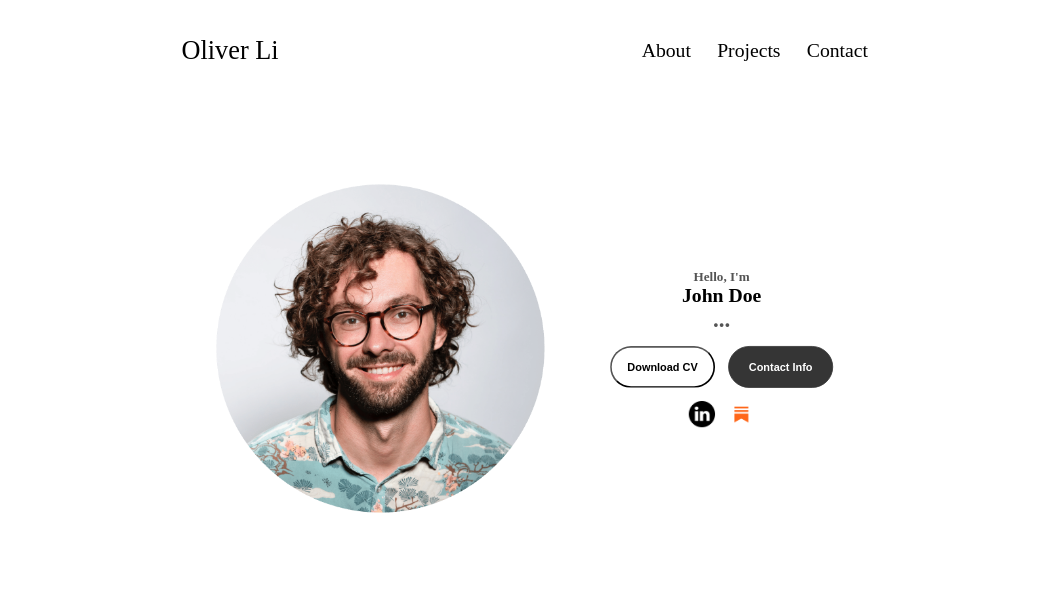
Repository: oliverli1728/portfolio
Page: index.html
These files come from the project's save history. The page is drawn as it stood at one moment and after the next save; the edit follows.
The browser window is 1280 px wide. The pictures show the whole page, at 82% of full size.
Some web fonts or font styles are not loaded; a fallback is used.

Above is the page before, as saved 2025-09-25 21:18:02.

After the next save:
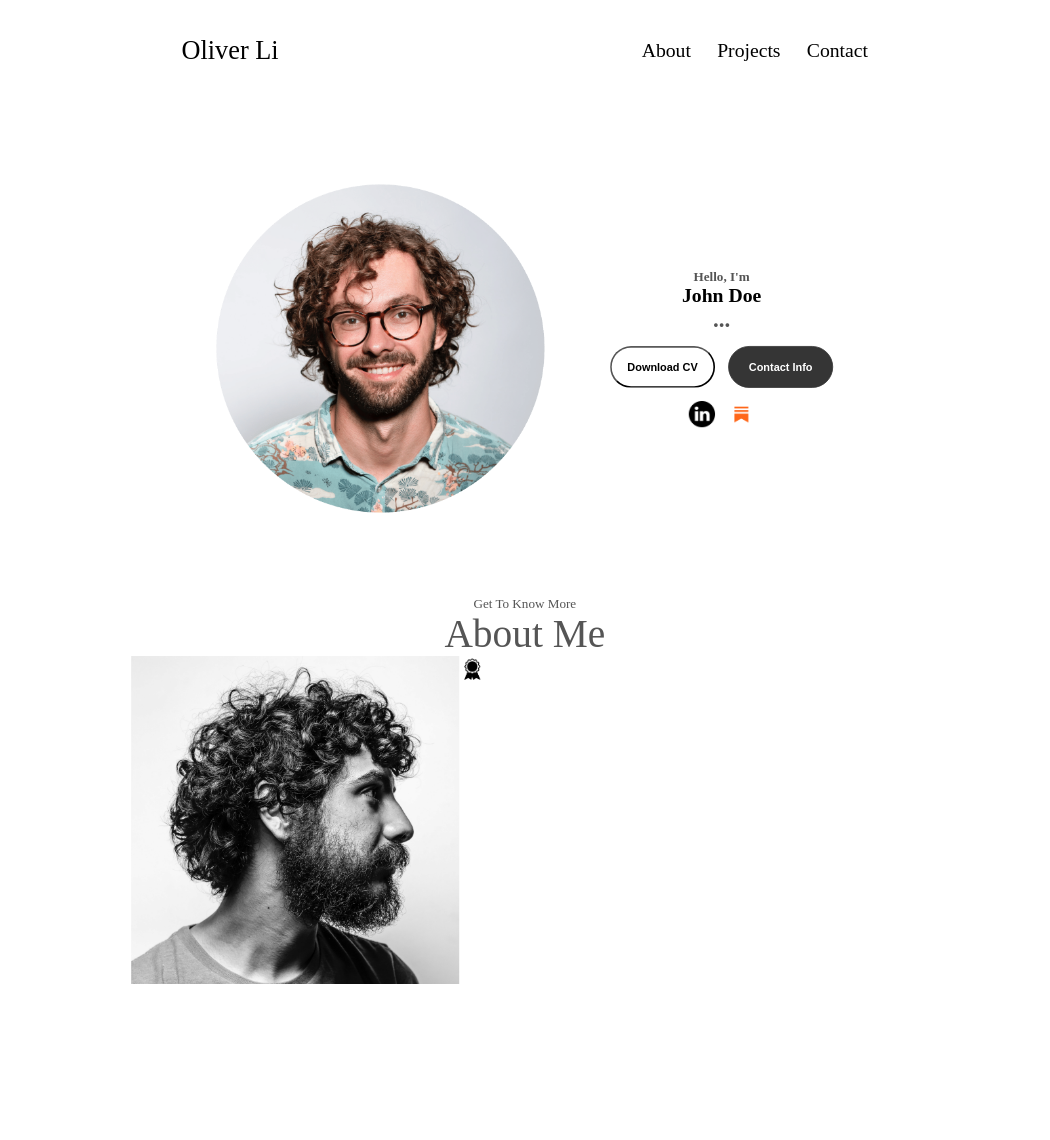
Saved 12 min 58 s later.
--- a/index.html
+++ b/index.html
@@ -59,6 +59,25 @@
             </div>
         </div>
         </section>
+
+        <section id="about">
+            <p class="section__text__p1"> Get To Know More </p>
+            <p class="title"> About Me </p>
+            <div class="section-container">
+                <div class="section__pic-container">
+                    <img src="./assets/about-pic.png" alt="about"
+                    class="about-pic">
+                </div>
+                <div class="about-details-container">
+                    <div class="about-containers">
+                        <div class="details-container">
+                            <img src="./assets/experience.png" alt="experience"
+                            class="icon">
+                        </div>
+                    </div>
+                </div>
+            </div>
+        </section>
         <script src="script.js"></script>
     </body>
 </html>
